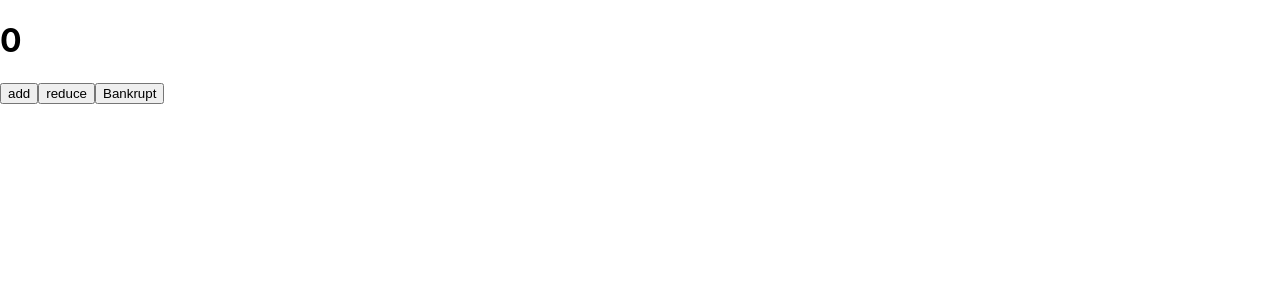
Repository: firefly-yy/react-projects
Page: / (app in 2022/react-redux-ts/)
An editor plug-in stored every save of this project. The page is shown before and after the next save, followed by the edit.
The browser window is 1280 px wide. The pictures show the whole page.
The project was rebuilt for these pictures with package versions that can differ from the ones it lists, and the page was loaded fresh each time. Also part of the build but not shown: 2022/react-redux-ts/src/App.css.

Above is the page before, as saved 2022-01-10 10:29:57.

### 2022/react-redux-ts/src/index.tsx
import React from "react";
import ReactDOM from "react-dom";
import "./index.css";
import App from "./App";
import reportWebVitals from "./reportWebVitals";
import { Provider } from "react-redux";
import { store } from "./state/index";

ReactDOM.render(
  <React.StrictMode>
    <Provider store={store}>
      <App />
    </Provider>
  </React.StrictMode>,
  document.getElementById("root")
);

// If you want to start measuring performance in your app, pass a function
// to log results (for example: reportWebVitals(console.log))
// or send to an analytics endpoint. Learn more: https://bit.ly/CRA-vitals
reportWebVitals();

### 2022/react-redux-ts/src/App.tsx
import React from "react";
import "./App.css";
import { useDispatch, useSelector } from "react-redux";
import { bindActionCreators } from "redux";
import { actionCreators, State } from "./state";

function App() {
  const dispatch = useDispatch();

  const { depositMoney, withdrawMoney, bankrupt } = bindActionCreators(
    actionCreators,
    dispatch
  );
  const amount = useSelector((state: State) => state.bank);

  return (
    <div className="app">
      <h1>{amount}</h1>
      <button
        onClick={() => {
          depositMoney(100);
        }}
      >
        add
      </button>
      <button
        onClick={() => {
          withdrawMoney(50);
        }}
      >
        reduce
      </button>
      <button
        onClick={() => {
          bankrupt();
        }}
      >
        Bankrupt
      </button>
    </div>
  );
}

export default App;

### 2022/react-redux-ts/src/state/index.ts
export * as actionCreators from "./action-creators";
export * from "./store";
export * from "./reducers/index";

### 2022/react-redux-ts/src/state/action-creators/index.ts
import { ActionType } from "../actions-types";
import { Dispatch } from "redux";
import { Action } from "../actions/index";

export const depositMoney = (amount: number) => {
  return (dispatch: Dispatch<Action>) => {
    dispatch({
      type: ActionType.DEPOSIT,
      payload: amount,
    });
  };
};

export const withdrawMoney = (amount: number) => {
  return (dispatch: Dispatch<Action>) => {
    dispatch({
      type: ActionType.WITHDRAW,
      payload: amount,
    });
  };
};
export const bankrupt = () => {
  return (dispatch: Dispatch<Action>) => {
    dispatch({
      type: ActionType.BANKRUPT,
    });
  };
};

### 2022/react-redux-ts/src/state/reducers/index.ts
import { combineReducers } from "redux";
import bankReducer from "./bankReducer";

const reducers = combineReducers({
  bank: bankReducer,
});

export default reducers;
export type State = ReturnType<typeof reducers>;

### 2022/react-redux-ts/src/state/actions-types/index.ts
export enum ActionType {
  DEPOSIT = "deposit",
  WITHDRAW = "withdraw",
  BANKRUPT = "bankrupt",
}

### 2022/react-redux-ts/src/state/reducers/bankReducer.ts
import { ActionType } from "../actions-types";
import { Action } from "../actions/index";

const initialState = 0;

const reducer = (state: number = initialState, action: Action) => {
  switch (action.type) {
    case ActionType.DEPOSIT:
      return state + action.payload;
    case ActionType.WITHDRAW:
      return state - action.payload;
    case ActionType.BANKRUPT:
      return 0;
    default:
      return state;
  }
};

export default reducer;

### 2022/react-redux-ts/src/components/test.tsx
import React from "react";
import { useSelector } from "react-redux";
import { State } from "../state";

function Test() {
  const amount = useSelector((state: State) => state.bank);
  return (
    <div>
      <p>here is a number from redux</p>
      <p>{amount}</p>
    </div>
  );
}

export default Test;

Loaded but not shown: 2022/react-redux-ts/public/index.html (common file); 2022/react-redux-ts/src/index.css (common file); 2022/react-redux-ts/src/reportWebVitals.ts (common file); 2022/react-redux-ts/src/state/store.ts (common file)

After the next save:
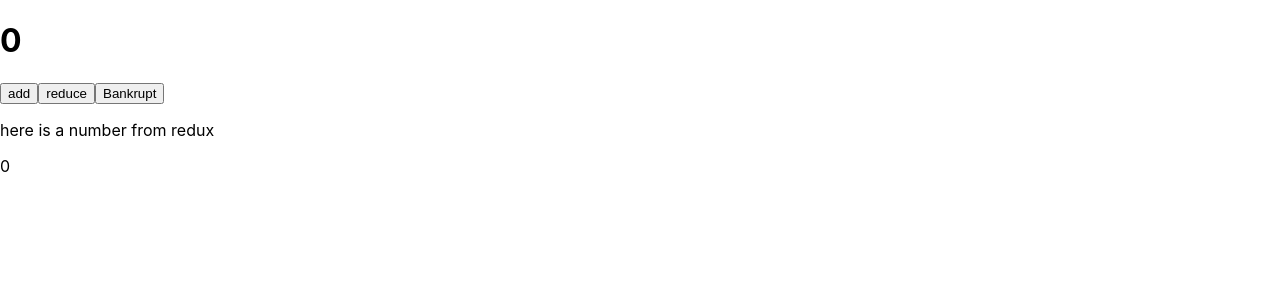
Saved 12 s later.
--- a/2022/react-redux-ts/src/App.tsx
+++ b/2022/react-redux-ts/src/App.tsx
@@ -3,6 +3,7 @@ import "./App.css";
 import { useDispatch, useSelector } from "react-redux";
 import { bindActionCreators } from "redux";
 import { actionCreators, State } from "./state";
+import Test from "./components/test";
 
 function App() {
   const dispatch = useDispatch();
@@ -37,6 +38,7 @@ function App() {
       >
         Bankrupt
       </button>
+      <Test />
     </div>
   );
 }
